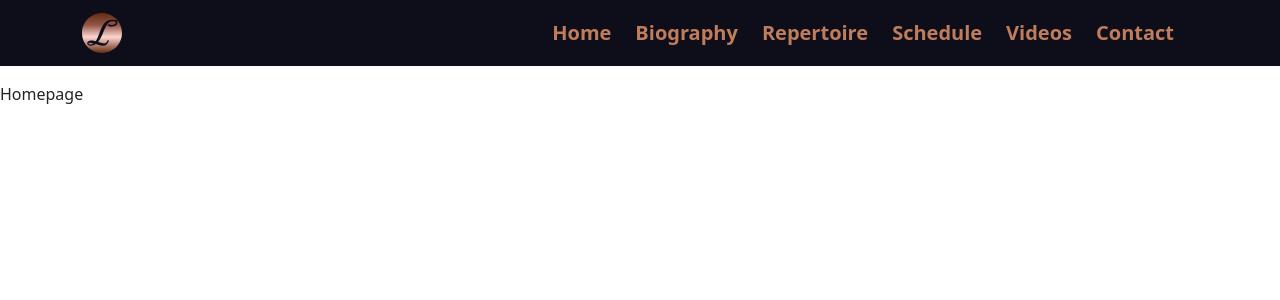
Repository: Luisossandoval/LuisHomePage
Page: /
An editor plug-in stored every save of this project. The page is shown before and after the next save, followed by the edit.
The browser window is 1280 px wide. The pictures show the whole page.
The project was rebuilt for these pictures with package versions that can differ from the ones it lists, and the page was loaded fresh each time. Also part of the build but not shown: src/App.css, src/pages/Repertoire/Repertoire.jsx, src/pages/Schedule/Schedule.jsx, src/pages/Videos/Videos.jsx, src/pages/Contact/Contact.jsx, src/pages/NotFoundPage/NotFoundPage.jsx. Imported but missing from the stored project, and not drawn on this page: src/pages/Biography/Biography.

Above is the page before, as saved 2024-10-17 18:33:32.

After the next save:
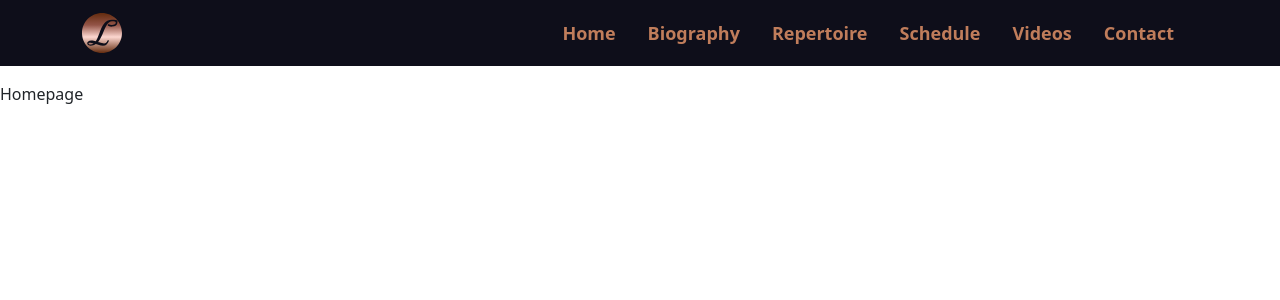
Saved 118 s later.
--- a/src/layout/AppLayout.module.scss
+++ b/src/layout/AppLayout.module.scss
@@ -8,9 +8,9 @@
 
 .menu_items {
   a {
-    margin-left: 0.5rem;
+    margin-left: 1rem;
     color: #c07d5b;
-    font-size: 20px;
-    font-weight: 700;
+    font-size: 18px;
+    font-weight: 600;
   }
 }
